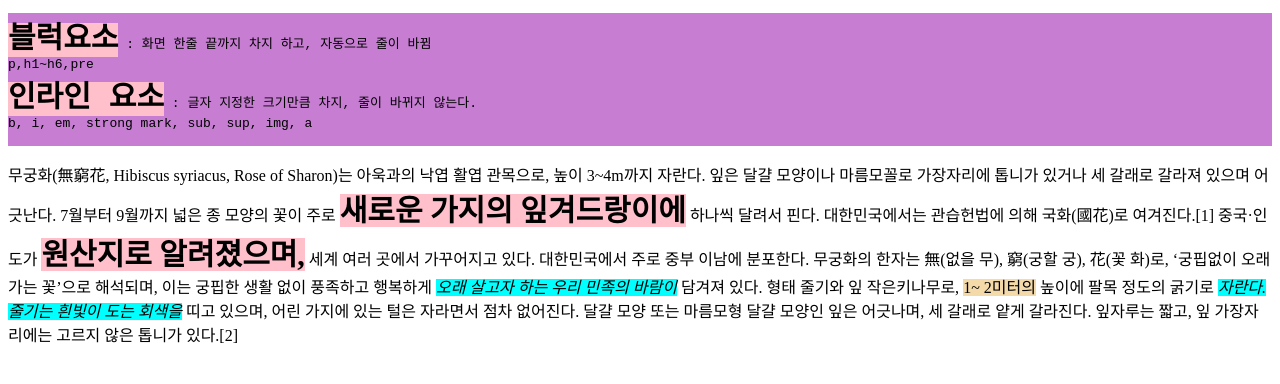
Repository: sH1222J/SH_DDit_WEB_study
Page: workspace/webpro/src/main/webapp/0304/텍스트서식.html
The author's editor kept a copy of each file at every save. The page is drawn from the files as they stood at one save, then again after the next save.
The browser window is 1280 px wide. The pictures show the whole page.

Above is the page before, as saved 2025-03-04 03:32:33.

### workspace/webpro/src/main/webapp/0304/텍스트서식.html
<!DOCTYPE html>
<html>
<head>
<meta charset="UTF-8">
<title>Insert title here</title>


<style type="text/css">
b, strong {
	background: pink;
	font-size: 30px;
}

i, em {
	background: cyan;
}

pre {
	background: rgb(198, 125, 210);
}

mark {
	background: #f5daa9;
}
</style>
</head>
<body>

	<pre>
<b>블럭요소</b> : 화면 한줄 끝까지 차지 하고, 자동으로 줄이 바뀜
p,h1~h6,pre
<b>인라인 요소</b> : 글자 지정한 크기만큼 차지, 줄이 바뀌지 않는다.
b, i, em, strong mark, sub, sup, img, a

</pre>

	<p>
		무궁화(無窮花, Hibiscus syriacus, Rose of Sharon)는 아욱과의 낙엽 활엽 관목으로, 높이
		3~4m까지 자란다. 잎은 달걀 모양이나 마름모꼴로 가장자리에 톱니가 있거나 세 갈래로 갈라져 있으며 어긋난다. 7월부터
		9월까지 넓은 종 모양의 꽃이 주로 <b>새로운 가지의 잎겨드랑이에</b> 하나씩 달려서 핀다. 대한민국에서는 관습헌법에 의해
		국화(國花)로 여겨진다.[1] 중국·인도가 <strong>원산지로 알려졌으며,</strong> 세계 여러 곳에서 가꾸어지고
		있다. 대한민국에서 주로 중부 이남에 분포한다. 무궁화의 한자는 無(없을 무), 窮(궁할 궁), 花(꽃 화)로, ‘궁핍없이
		오래가는 꽃’으로 해석되며, 이는 궁핍한 생활 없이 풍족하고 행복하게 <i>오래 살고자 하는 우리 민족의 바람이</i> 담겨져
		있다. 형태 줄기와 잎 작은키나무로,
		<mark>1~ 2미터의</mark>
		높이에 팔목 정도의 굵기로 <em>자란다. 줄기는 흰빛이 도는 회색을</em> 띠고 있으며, 어린 가지에 있는 털은 자라면서
		점차 없어진다. 달걀 모양 또는 마름모형 달걀 모양인 잎은 어긋나며, 세 갈래로 얕게 갈라진다. 잎자루는 짧고, 잎
		가장자리에는 고르지 않은 톱니가 있다.[2]
	</p>

</body>
</html>

After the next save:
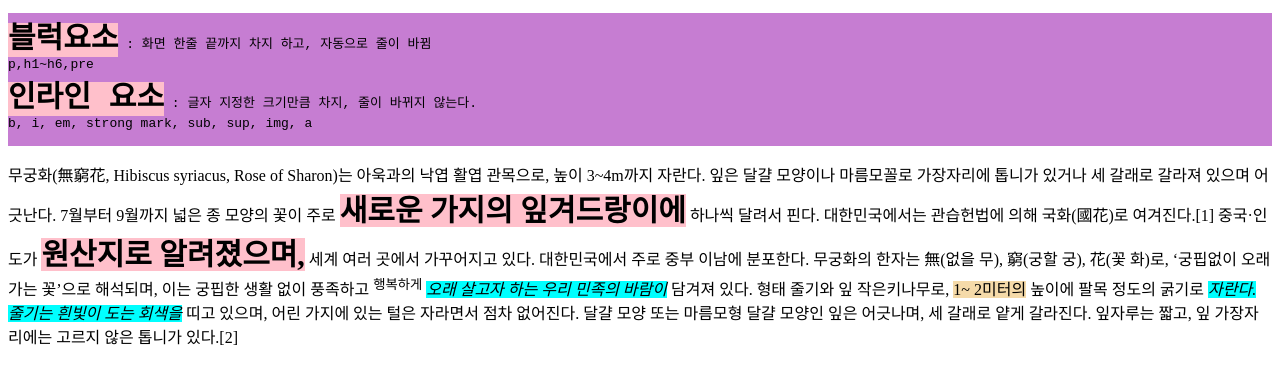
Saved 2 min 48 s later.
--- a/workspace/webpro/src/main/webapp/0304/텍스트서식.html
+++ b/workspace/webpro/src/main/webapp/0304/텍스트서식.html
@@ -40,7 +40,7 @@ b, i, em, strong mark, sub, sup, img, a
 		9월까지 넓은 종 모양의 꽃이 주로 <b>새로운 가지의 잎겨드랑이에</b> 하나씩 달려서 핀다. 대한민국에서는 관습헌법에 의해
 		국화(國花)로 여겨진다.[1] 중국·인도가 <strong>원산지로 알려졌으며,</strong> 세계 여러 곳에서 가꾸어지고
 		있다. 대한민국에서 주로 중부 이남에 분포한다. 무궁화의 한자는 無(없을 무), 窮(궁할 궁), 花(꽃 화)로, ‘궁핍없이
-		오래가는 꽃’으로 해석되며, 이는 궁핍한 생활 없이 풍족하고 행복하게 <i>오래 살고자 하는 우리 민족의 바람이</i> 담겨져
+		오래가는 꽃’으로 해석되며, 이는 궁핍한 생활 없이 풍족하고 <sup>행복하게</sup> <i>오래 살고자 하는 우리 민족의 바람이</i> 담겨져
 		있다. 형태 줄기와 잎 작은키나무로,
 		<mark>1~ 2미터의</mark>
 		높이에 팔목 정도의 굵기로 <em>자란다. 줄기는 흰빛이 도는 회색을</em> 띠고 있으며, 어린 가지에 있는 털은 자라면서
